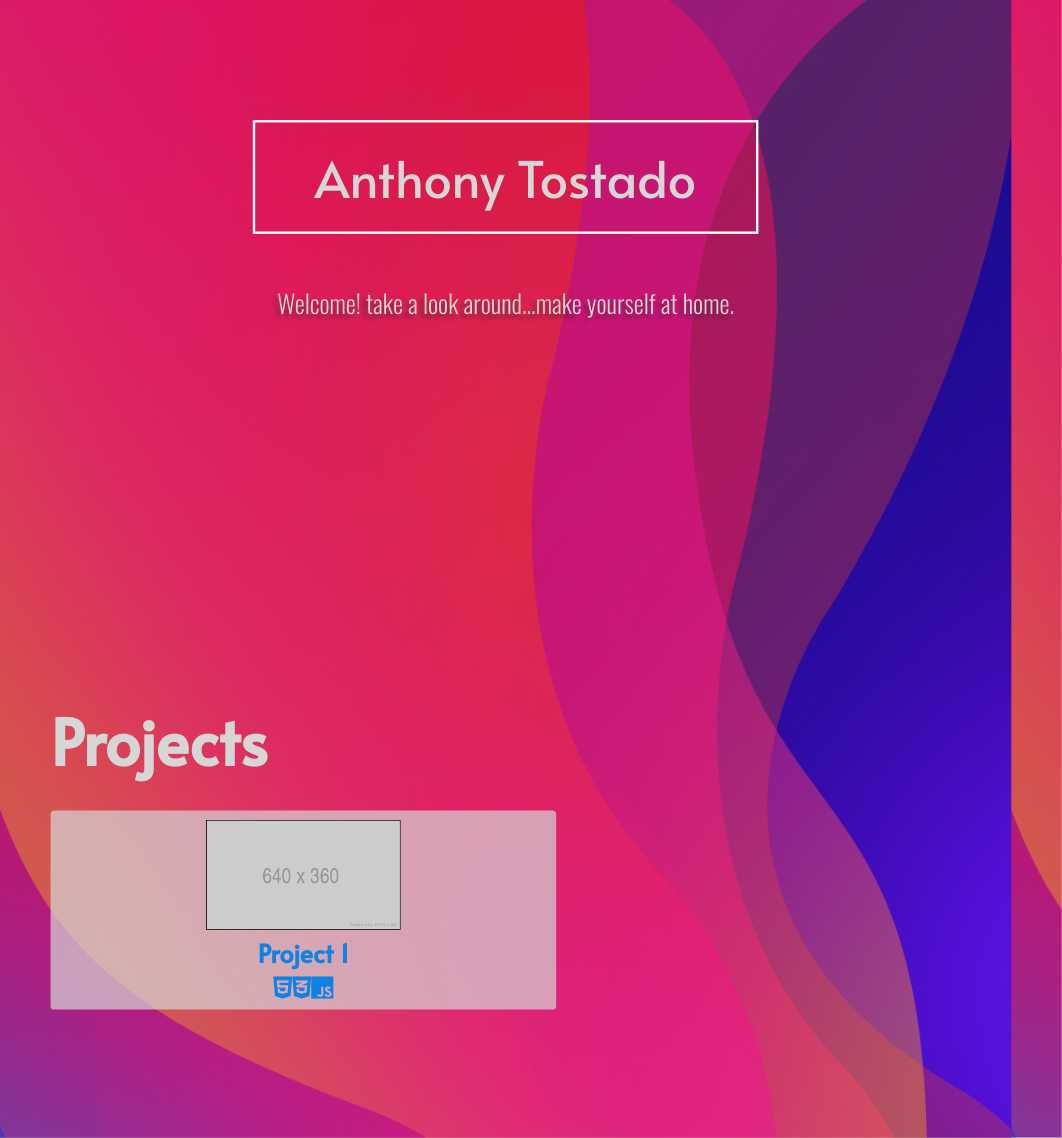
Repository: sloppytony/newport
Page: / (app in portfolio/)
An editor plug-in stored every save of this project. The page is shown before and after the next save, followed by the edit.
The browser window is 1280 px wide. The page is 1344 px wide, so the pictures cover 1344 px, including what lies to the right of the window. The pictures show the whole page, at 79% of full size.
Backgrounds fixed to the window are drawn as part of the page. Some web libraries are served in a nearby version. The project was rebuilt for these pictures with package versions that can differ from the ones it lists, and the page was loaded fresh each time.

Above is the page before, as saved 2020-08-23 14:08:05.

After the next save:
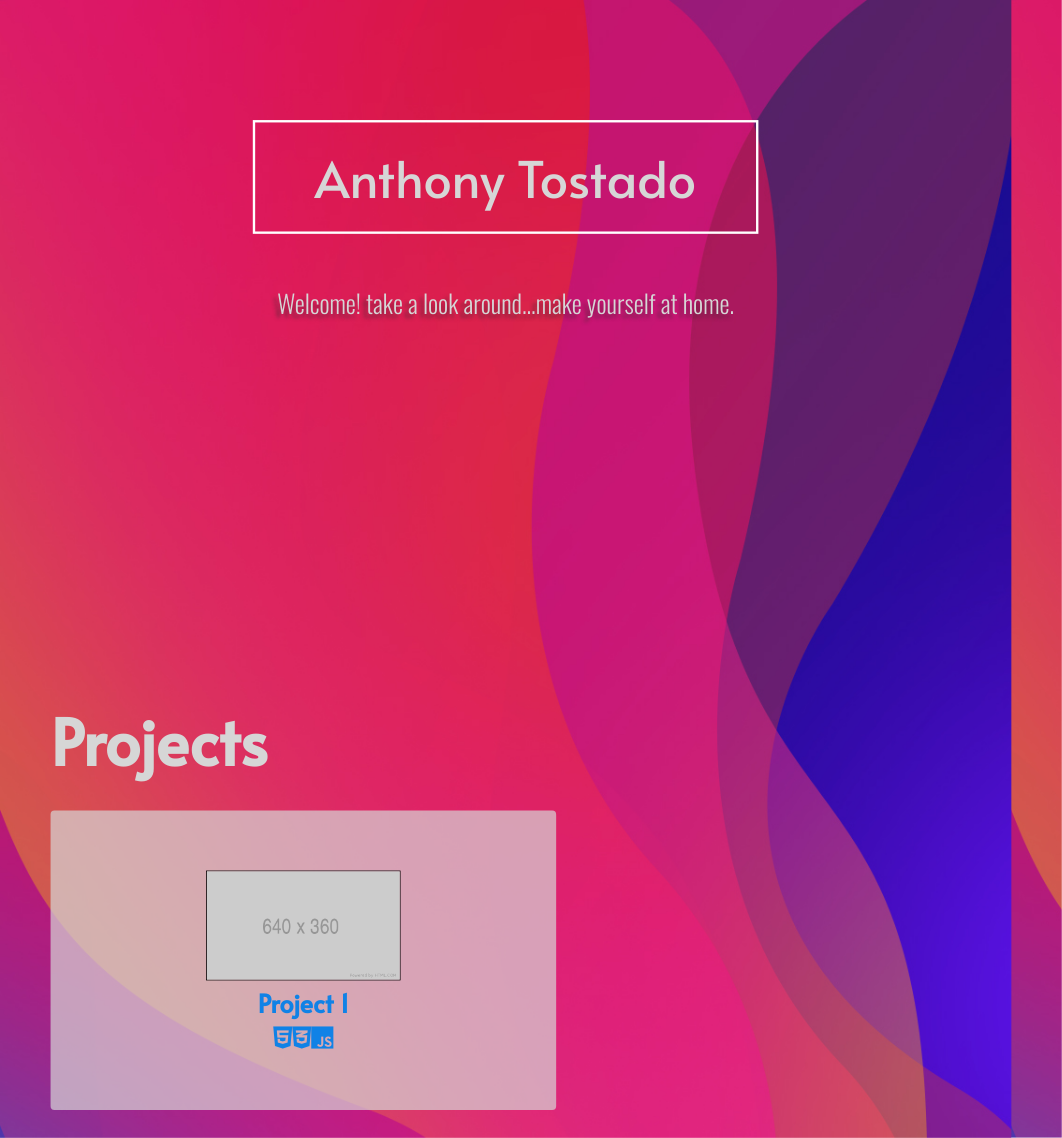
Saved 23 s later.
--- a/portfolio/src/App.css
+++ b/portfolio/src/App.css
@@ -80,7 +80,7 @@ h1.projectTitle {
 }
 
 div.card1 {
-  height: 100%;
+  height: 150%;
   width: 50%;
   display: flex;
   justify-content: center;
